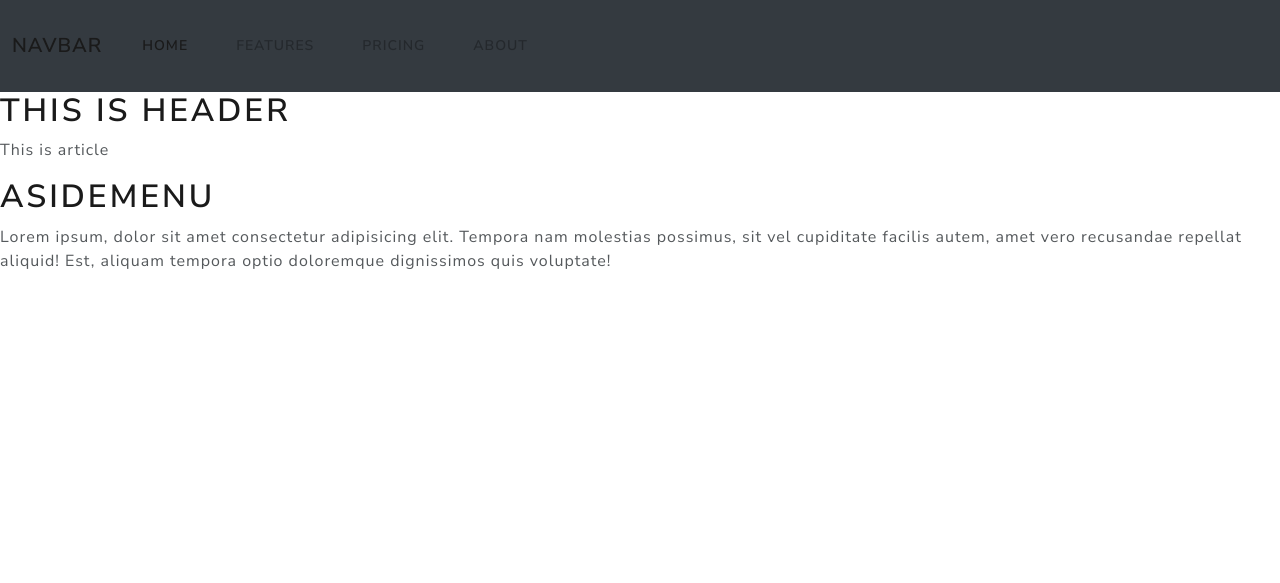
Repository: chanwarichawki/React-BC
Page: /
The author's editor kept a copy of each file at every save. The page is drawn from the files as they stood at one save, then again after the next save.
The browser window is 1280 px wide. The pictures show the whole page.
Some web libraries are served in a nearby version. The project was rebuilt for these pictures with package versions that can differ from the ones it lists, and the page was loaded fresh each time. Also part of the build but not shown: vite.config.js.

Above is the page before, as saved 2024-01-14 20:04:18.

After the next save:
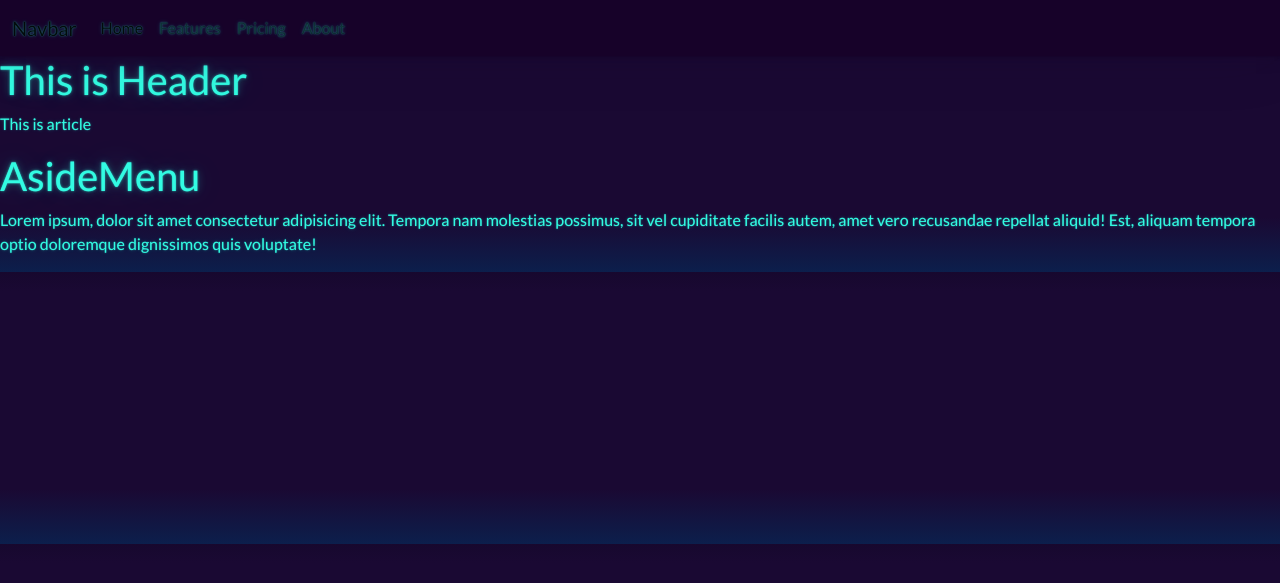
Saved 5 s later.
--- a/src/index.css
+++ b/src/index.css
@@ -1 +1 @@
-@import "/node_modules/bootswatch/dist/min/bootstrap.min.css"
+@import "/node_modules/bootswatch/dist/vapor/bootstrap.min.css"
